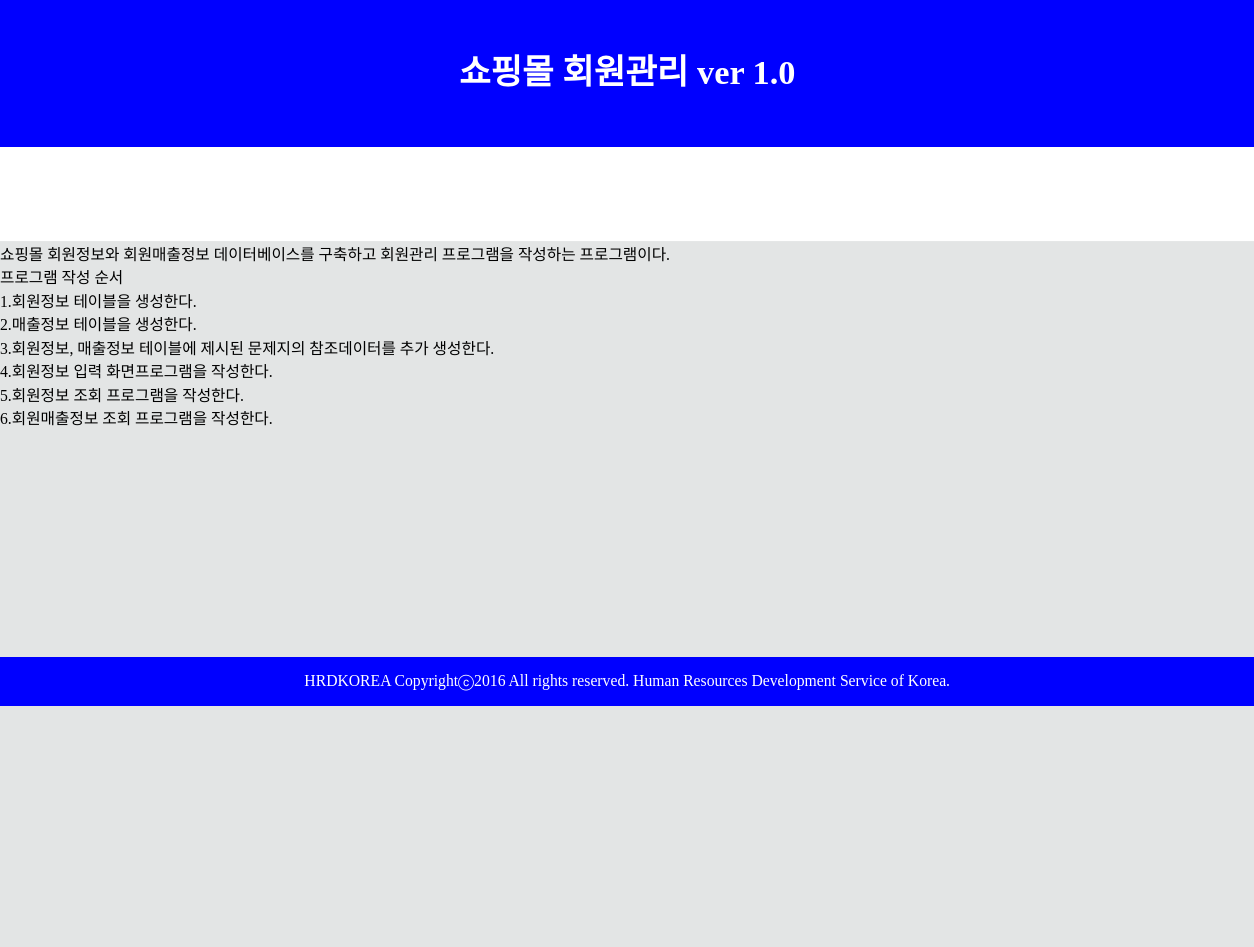
Repository: kayeunae/mvc-pattern
Page: http://localhost/HRD_1234/
These files come from the project's save history. The page is drawn as it stood at one moment and after the next save; the edit follows.
The browser window is 1280 px wide. The pictures show the whole page, at 98% of full size.
The page is served by Tomcat 9.

Above is the page before, as saved 2022-12-19 05:51:37.

After the next save:
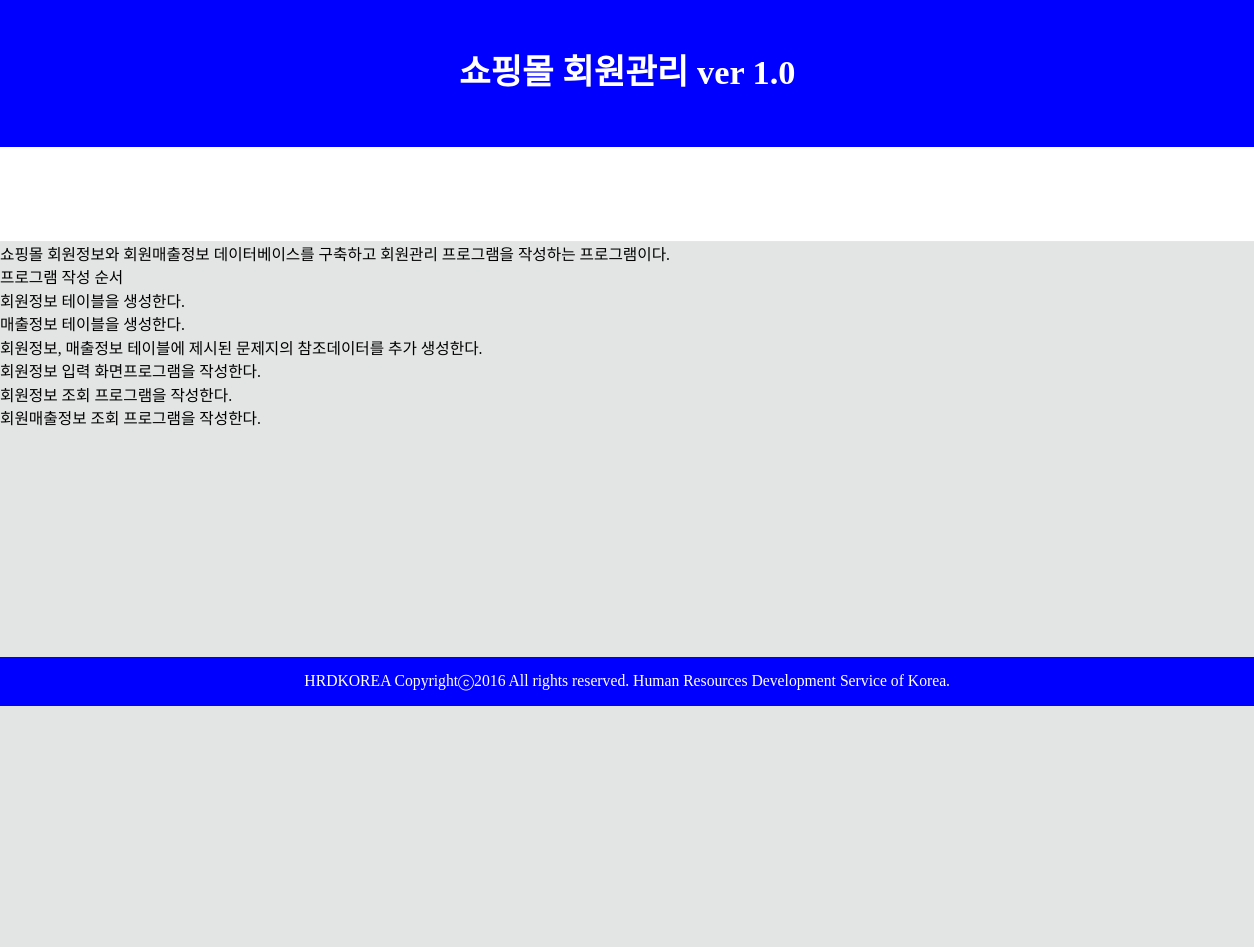
Saved 1 s later.
--- a/HRD_1234/src/main/webapp/index.jsp
+++ b/HRD_1234/src/main/webapp/index.jsp
@@ -13,12 +13,12 @@
 		쇼핑몰 회원정보와 회원매출정보 데이터베이스를 구축하고 회원관리 프로그램을 작성하는 프로그램이다.<br>
 		프로그램 작성 순서<br>
 		<ol>
-			<li>1.회원정보 테이블을 생성한다.</li>
-			<li>2.매출정보 테이블을 생성한다.</li>
-			<li>3.회원정보, 매출정보 테이블에 제시된 문제지의 참조데이터를 추가 생성한다.</li>
-			<li>4.회원정보 입력 화면프로그램을 작성한다.</li>
-			<li>5.회원정보 조회 프로그램을 작성한다.</li>
-			<li>6.회원매출정보 조회 프로그램을 작성한다.</li>
+			<li>회원정보 테이블을 생성한다.</li>
+			<li>매출정보 테이블을 생성한다.</li>
+			<li>회원정보, 매출정보 테이블에 제시된 문제지의 참조데이터를 추가 생성한다.</li>
+			<li>회원정보 입력 화면프로그램을 작성한다.</li>
+			<li>회원정보 조회 프로그램을 작성한다.</li>
+			<li>회원매출정보 조회 프로그램을 작성한다.</li>
 		</ol>
 	</section>
 	<%@ include file="footer.jsp" %>
